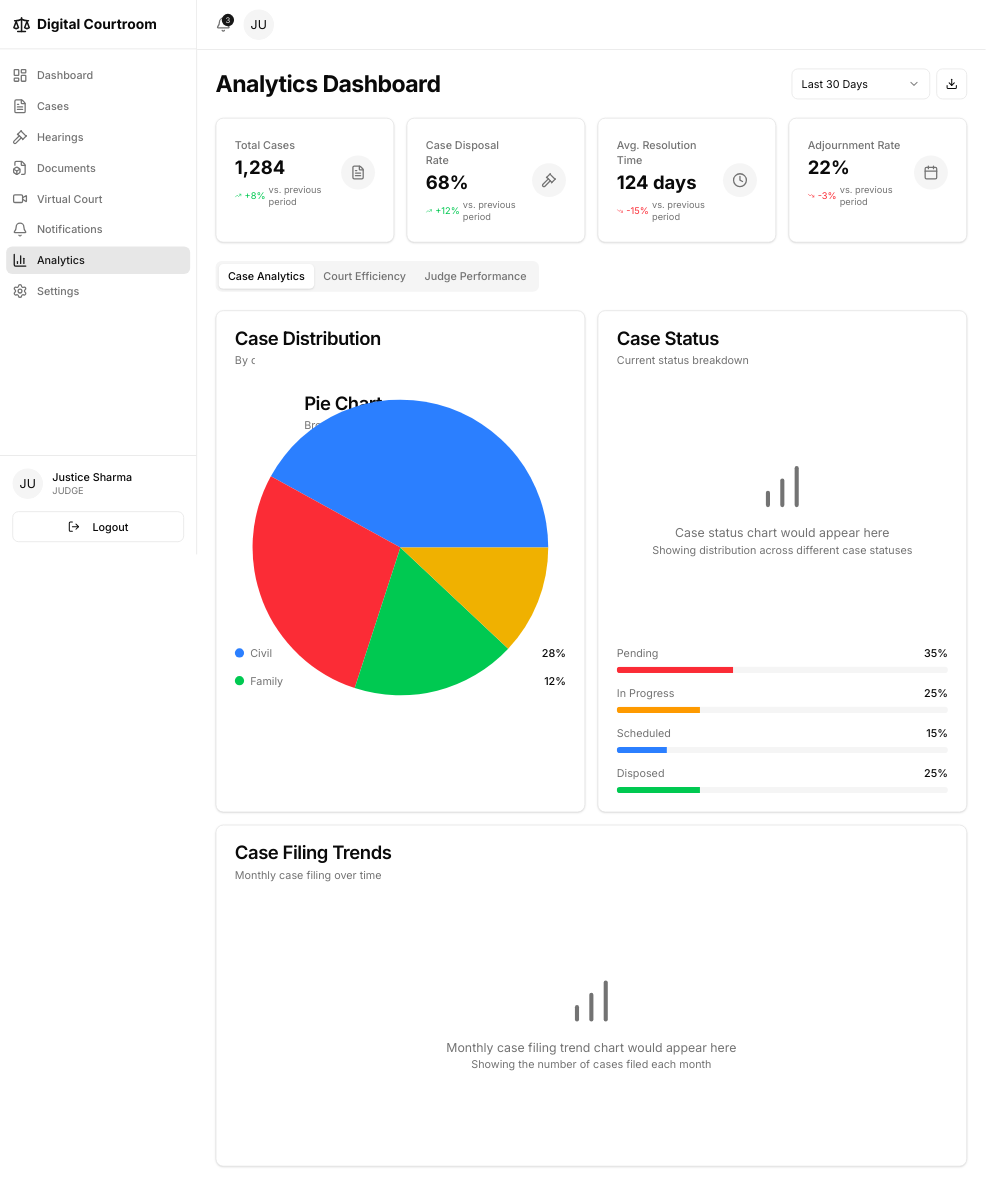
Repository: n0tank3sh/digicourt
Page: /analytics (app in frontend/)
The author's editor kept a copy of each file at every save. The page is drawn from the files as they stood at one save, then again after the next save.
The browser window is 1280 px wide. The pictures show the whole page, at 77% of full size.
The project was rebuilt for these pictures with package versions that can differ from the ones it lists, and the page was loaded fresh each time. The framework's server and built-in components were replaced by stand-ins that run in the browser. Also part of the build but not shown: frontend/next.config.ts.

Above is the page before, as saved 2025-03-26 22:29:28.

After the next save:
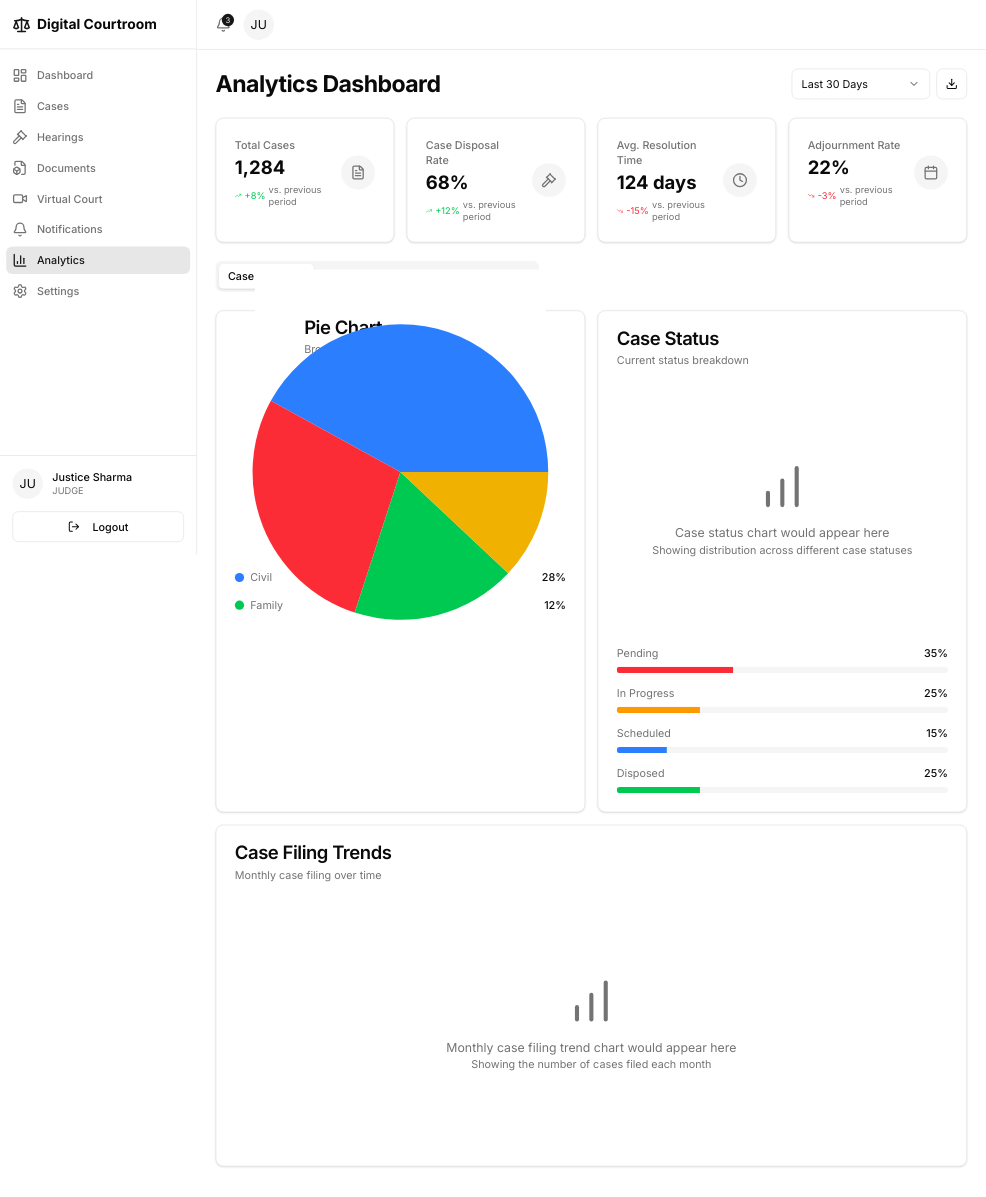
Saved 9 s later.
--- a/frontend/src/app/analytics/page.tsx
+++ b/frontend/src/app/analytics/page.tsx
@@ -89,10 +89,7 @@ export default function AnalyticsPage() {
           <TabsContent value="cases" className="space-y-4">
             <div className="grid gap-4 md:grid-cols-2">
               <Card>
-                <CardHeader>
-                  <CardTitle>Case Distribution</CardTitle>
-                  <CardDescription>By case type</CardDescription>
-                </CardHeader>
+
                 <CardContent className="px-2">
                   <div className="h-80 flex items-center justify-center">
                     {/* <div className="text-center text-muted-foreground">
